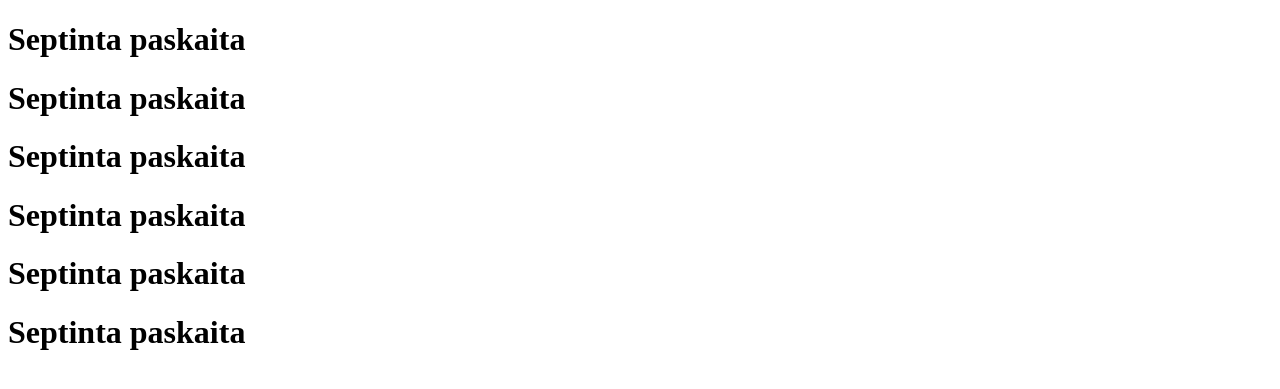
Repository: motiejus1/07-paskaita-05.31
Page: index.html
These files come from the project's save history. The page is drawn as it stood at one moment and after a run of saves; the edit follows.
The browser window is 1280 px wide. The pictures show the whole page.

Above is the page before, as saved 2021-06-10 18:27:10.

### index.html
<!DOCTYPE html>
<html lang="en">
<head>
    <meta charset="UTF-8">
    <meta http-equiv="X-UA-Compatible" content="IE=edge">
    <meta name="viewport" content="width=device-width, initial-scale=1.0">
    <title>Septinta paskaita</title>
</head>
<body>
    <h1>Septinta paskaita</h1>
    <h1>Septinta paskaita</h2>
    <h1>Septinta paskaita</h3>
    <h1>Septinta paskaita</h4>
    <h1>Septinta paskaita</h5>
    <h1>Septinta paskaita</h6>
</body>
</html>

After the next 3 saves:
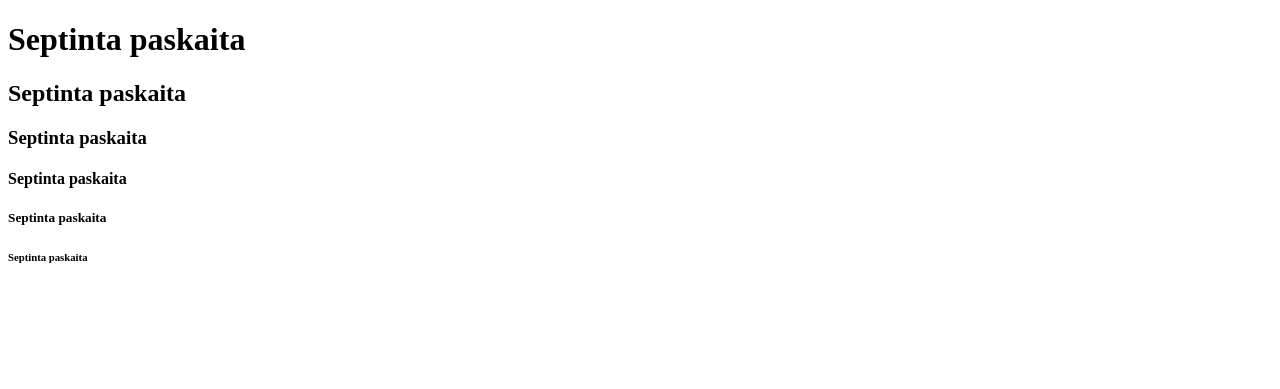
The 3 saves are shown as one change because they came seconds apart.
The last was saved 16 s later.
--- a/index.html
+++ b/index.html
@@ -8,10 +8,12 @@
 </head>
 <body>
     <h1>Septinta paskaita</h1>
-    <h1>Septinta paskaita</h2>
-    <h1>Septinta paskaita</h3>
-    <h1>Septinta paskaita</h4>
-    <h1>Septinta paskaita</h5>
-    <h1>Septinta paskaita</h6>
+    <h2>Septinta paskaita</h2>
+    <h3>Septinta paskaita</h3>
+    <h4>Septinta paskaita</h4>
+    <h5>Septinta paskaita</h5>
+    <h6>Septinta paskaita</h6>
+
+    <p></p>
 </body>
 </html>
